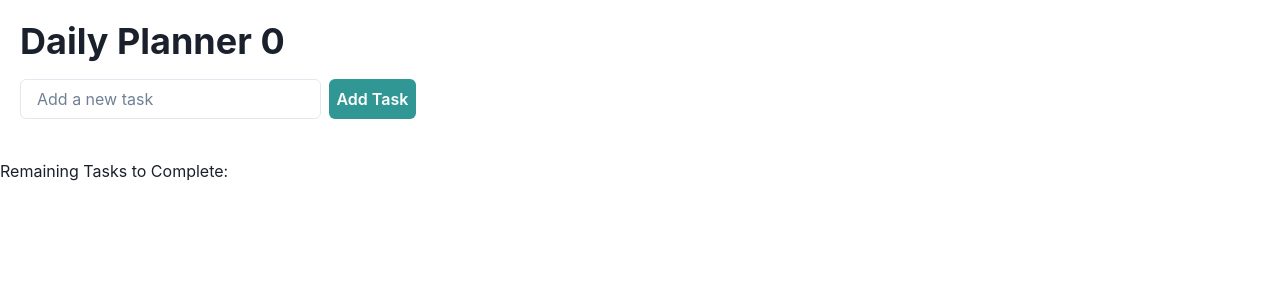
Repository: navnneett/COMP-3170-lab04
Page: /
An editor plug-in stored every save of this project. The page is shown before and after a run of saves, followed by the edit.
The browser window is 1280 px wide. The pictures show the whole page.
The project was rebuilt for these pictures with package versions that can differ from the ones it lists, and the page was loaded fresh each time. Also part of the build but not shown: vite.config.js, src/components/Task.jsx.

Above is the page before, as saved 2024-10-20 20:12:28.

### src/App.jsx
import { useState } from 'react';
import { Box, Heading, VStack, ChakraProvider } from '@chakra-ui/react';
import TaskForm from './components/TaskForm'; // Ensure this file is correctly implemented
import Task from './components/Task'; // Ensure this file is correctly implemented

function App() {
  const [tasks, setTasks] = useState([]);

  const addTask = (taskName) => {
    if (!taskName) return; // Prevent adding empty tasks
    const newTask = { id: Date.now(), name: taskName, completed: false };
    setTasks((prevTasks) => [...prevTasks, newTask]);
  };

  const toggleTask = (id) => {
    setTasks((prevTasks) =>
      prevTasks.map((task) =>
        task.id === id ? { ...task, completed: !task.completed } : task
      )
    );
  };

  const deleteTask = (id) => {
    setTasks((prevTasks) => prevTasks.filter((task) => task.id !== id));
  };

  const remainingTasks = tasks.filter((task) => !task.completed).length;

  return (
    <ChakraProvider>
      <Box p={5}>
        <Heading mb={4}>Daily Planner {remainingTasks}</Heading>
        <TaskForm addTask={addTask} />
        <VStack spacing={3} mt={5}>
          {tasks.length > 0 && tasks.map((task) => (
            <Task
              key={task.id}
              task={task}
              toggleTask={toggleTask}
              deleteTask={deleteTask}
            />
          ))}
        </VStack>
      </Box>

      <h3>Remaining Tasks to Complete:</h3>
    </ChakraProvider>

  );
}

export default App;

### src/components/TaskForm.jsx
import { useState } from 'react';
import { Input, Button, HStack } from '@chakra-ui/react';

function TaskForm({ addTask }) {
  const [taskName, setTaskName] = useState('');

  const handleSubmit = (e) => {
    e.preventDefault();
    addTask(taskName);
    setTaskName(''); // Reset input after submission
  };

  return (
    <form onSubmit={handleSubmit}>
      <HStack>
        <Input
          value={taskName}
          onChange={(e) => setTaskName(e.target.value)}
          placeholder="Add a new task"
          required
        />
        <Button type="submit" colorScheme="teal">
          Add Task
        </Button>
      </HStack>
    </form>
  );
}

export default TaskForm;

Loaded but not shown: index.html (common file); src/main.jsx (common file); src/index.css (common file)

After the next 2 saves:
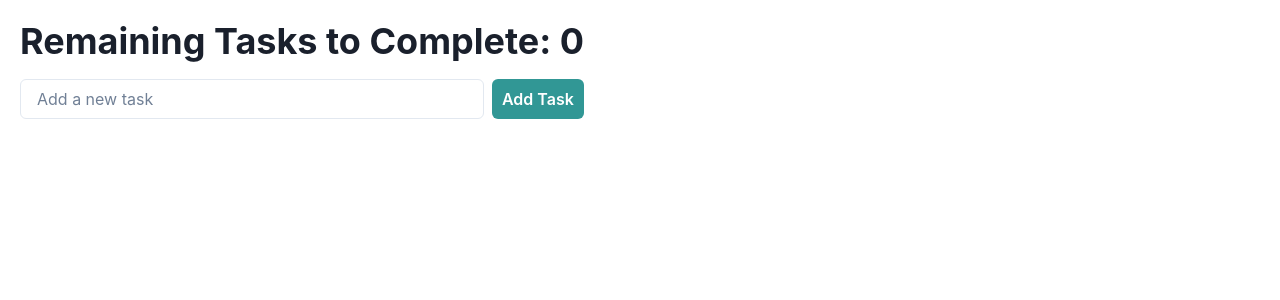
The 2 saves are shown as one change because 1 did not build or start.
The last was saved 112 s later.
--- a/src/App.jsx
+++ b/src/App.jsx
@@ -1,13 +1,13 @@
 import { useState } from 'react';
 import { Box, Heading, VStack, ChakraProvider } from '@chakra-ui/react';
-import TaskForm from './components/TaskForm'; // Ensure this file is correctly implemented
-import Task from './components/Task'; // Ensure this file is correctly implemented
+import TaskForm from './components/TaskForm';
+import Task from './components/Task';
 
 function App() {
   const [tasks, setTasks] = useState([]);
 
   const addTask = (taskName) => {
-    if (!taskName) return; // Prevent adding empty tasks
+    if (!taskName) return;
     const newTask = { id: Date.now(), name: taskName, completed: false };
     setTasks((prevTasks) => [...prevTasks, newTask]);
   };
@@ -29,23 +29,21 @@ function App() {
   return (
     <ChakraProvider>
       <Box p={5}>
-        <Heading mb={4}>Daily Planner {remainingTasks}</Heading>
+        <Heading mb={4}>Remaining Tasks to Complete: {remainingTasks}</Heading>
         <TaskForm addTask={addTask} />
         <VStack spacing={3} mt={5}>
-          {tasks.length > 0 && tasks.map((task) => (
-            <Task
-              key={task.id}
-              task={task}
-              toggleTask={toggleTask}
-              deleteTask={deleteTask}
-            />
-          ))}
+          {tasks.length > 0 &&
+            tasks.map((task) => (
+              <Task
+                key={task.id}
+                task={task}
+                toggleTask={toggleTask}
+                deleteTask={deleteTask}
+              />
+            ))}
         </VStack>
       </Box>
-
-      <h3>Remaining Tasks to Complete:</h3>
     </ChakraProvider>
-
   );
 }
 
